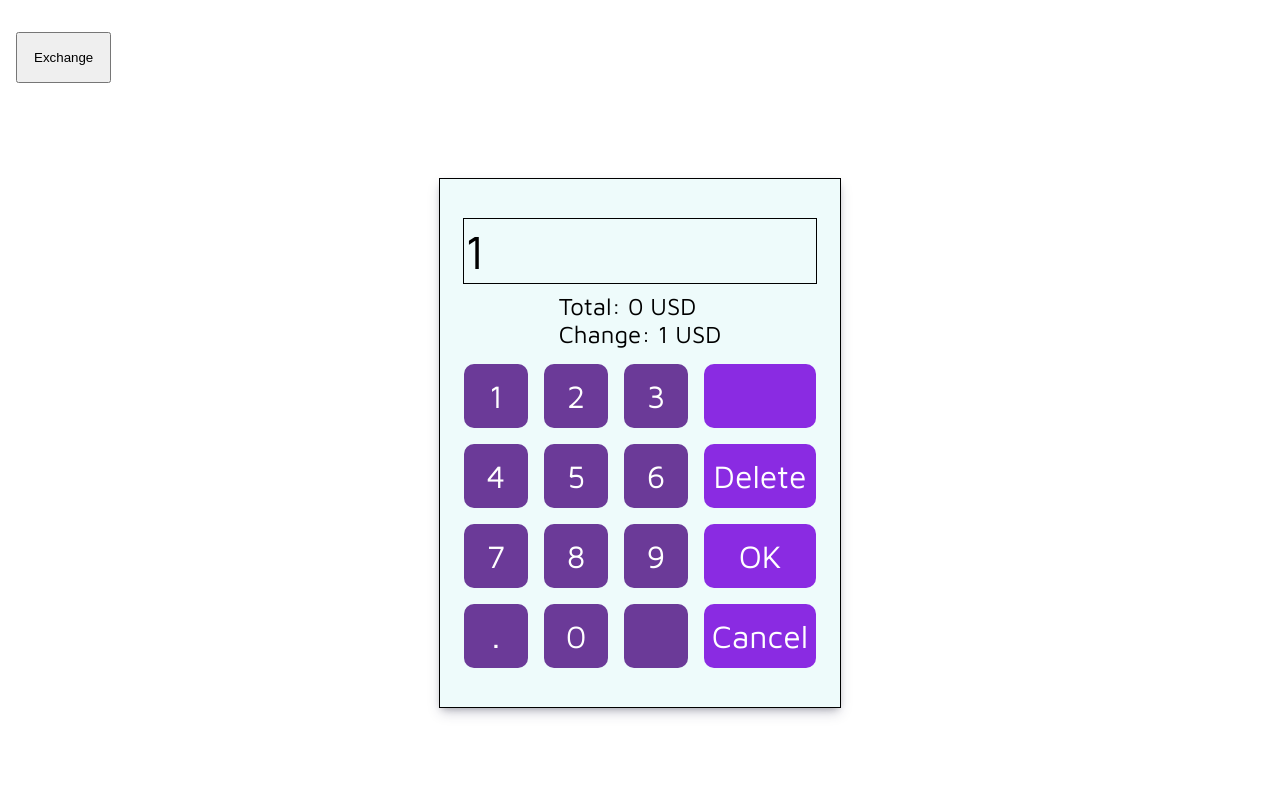
Repository: Dapravith/Midterm-SE-GIC-Cafe-Project-Group16
Page: src/main/resources/templates/changeCalculate.html
These files come from the project's save history. The page is drawn as it stood at one moment and after the next save; the edit follows.
The browser window is 1280 px wide. The pictures show the whole page.
After loading, the first visible `div.box` was clicked once.

Above is the page before, as saved 2023-05-12 16:48:10.

### src/main/resources/templates/changeCalculate.html
<!DOCTYPE html>
<html lang="en">
  <head>
    <meta charset="UTF-8" />
    <meta http-equiv="X-UA-Compatible" content="IE=edge" />
    <meta name="viewport" content="width=device-width, initial-scale=1.0" />
    <title>Document</title>
    <style>
      @import url("https://fonts.googleapis.com/css2?family=Maven+Pro&display=swap");
      * {
        margin: 0;
        padding: 0;
      }
      body {
        font-family: "Maven Pro", sans-serif;
      }
      .popup_button button {
        margin-top: 2rem;
        margin-left: 1rem;
        padding: 1rem;
      }
      .main_wrapper {
        display: flex;
        height: 100vh;
        justify-content: center;
        align-items: center;
      }
      .wrapper_container {
        width: 25rem;
        height: 33rem;
        border: 1px solid black;
        display: flex;
        align-items: center;
        justify-content: center;
        flex-direction: column;
        background-color: #eefbfb;
        box-shadow: rgba(50, 50, 93, 0.25) 0px 6px 12px -2px,
          rgba(0, 0, 0, 0.3) 0px 3px 7px -3px;
      }
      .first_row {
        display: flex;
        gap: 1rem;
      }
      .second_row {
        display: flex;
        gap: 1rem;
        margin-top: 1rem;
      }
      .third_row {
        display: flex;
        gap: 1rem;
        margin-top: 1rem;
      }
      .zero_row {
        display: flex;
        justify-content: center;
        margin-top: 1rem;
        gap: 1rem;
      }
      .box {
        background-color: rgb(107, 58, 152);
        width: 4rem;
        height: 4rem;
        font-size: 2rem;
        display: flex;
        justify-content: center;
        align-items: center;
        border-radius: 10px;
      }
      .box_cancel {
        background-color: blueviolet;
        width: 7rem;
        height: 4rem;
        font-size: 2rem;
        display: flex;
        justify-content: center;
        align-items: center;
        border-radius: 10px;
      }
      .box_cencel:hover {
        background-color: orange;
        color: white;
      }
      .box_ok {
        background-color: blueviolet;
        width: 7rem;
        height: 4rem;
        font-size: 2rem;
        display: flex;
        justify-content: center;
        align-items: center;
        border-radius: 10px;
      }
      .box_ok:hover {
        background-color: orange;
        color: white;
      }
      .box_ {
        background-color: blueviolet;
        width: 7rem;
        height: 4rem;
        font-size: 2rem;
        display: flex;
        justify-content: center;
        align-items: center;
        border-radius: 10px;
      }
      .box_delete {
        background-color: blueviolet;
        width: 7rem;
        height: 4rem;
        font-size: 2rem;
        display: flex;
        justify-content: center;
        align-items: center;
        border-radius: 10px;
      }
      .box_delete:hover {
        background-color: orange;
        color: white;
      }
      .box:hover {
        background-color: orange;
        color: white;
      }
      a {
        text-decoration: none;
        color: white;
      }
      .number_box {
        margin-bottom: 0.5rem;
        width: 22rem;
        height: 4rem;
        border: 1px solid black;
        color: black;
        display: flex;
        align-items: center;
        font-size: 3rem;
      }
      .total_change_row {
        display: flex;
        flex-direction: column;
        justify-content: flex-start;
        margin-bottom: 1rem;
        font-size: 1.5rem;
      }
    </style>
  </head>
  <body>
    <div class="popup_button">
      <button>Exchange</button>
    </div>

    <div class="main_wrapper">
      <div class="wrapper_container">
        <div class="number-box">
          <div class="number_box"></div>
        </div>
        <div class="total_change_row">
          <span>Total: </span>
          <span>Change: </span>
        </div>
        <!-- row 1 -->
        <div class="first_row">
          <div class="box 1"><a href="#">1</a></div>
          <div class="box 2"><a href="#">2</a></div>
          <div class="box 3"><a href="#">3</a></div>
          <div class="box_"></div>
        </div>
        <div class="second_row">
          <div class="box 4"><a href="#">4</a></div>
          <div class="box 5"><a href="#">5</a></div>
          <div class="box 6"><a href="#">6</a></div>
          <div class="box_delete"><a href="#">Delete</a></div>
        </div>
        <div class="third_row">
          <div class="box 7"><a href="#">7</a></div>
          <div class="box 8"><a href="#">8</a></div>
          <div class="box 9"><a href="#">9</a></div>
          <div class="box_ok"><a href="#">OK</a></div>
        </div>
        <div class="zero_row">
          <div class="box ."><a href="#">.</a></div>
          <div class="box 0"><a href="#">0</a></div>
          <div class="box *"><a href=""></a></div>
          <div class="box_cancel"><a href="#">Cancel</a></div>
        </div>
      </div>
    </div>

    <script>
      // Get DOM elements
      const numberBox = document.querySelector(".number_box");
      const totalSpan = document.querySelector(
        ".total_change_row span:first-child"
      );
      const changeSpan = document.querySelector(
        ".total_change_row span:last-child"
      );
      const buttons = document.querySelectorAll(".box");

      // Initialize variables
      let total = 0;
      let change = 0;
      let numberString = "";

      // Add event listeners to number buttons
      buttons.forEach((button) => {
        button.addEventListener("click", () => {
          const number = button.textContent;
          numberString += number;
          numberBox.textContent = numberString;
          calculateTotalChange();
        });
      });

      // Add event listener to delete button
      const deleteButton = document.querySelector(".box_delete");
      deleteButton.addEventListener("click", () => {
        numberString = numberString.slice(0, -1);
        numberBox.textContent = numberString;
        calculateTotalChange();
      });

      // Calculate total and change
      function calculateTotalChange() {
        total = 0; // This is a placeholder value, replace it with your own calculation
        const number = parseFloat(numberString);
        if (!isNaN(number)) {
          change = number - total;
          change = Math.round(change * 100) / 100; // Round to 2 decimal places
        } else {
          change = 0;
        }
        totalSpan.textContent = `Total: ${total} USD`;
        changeSpan.textContent = `Change: ${change} USD`;
      }
    </script>
  </body>
</html>

After the next save:
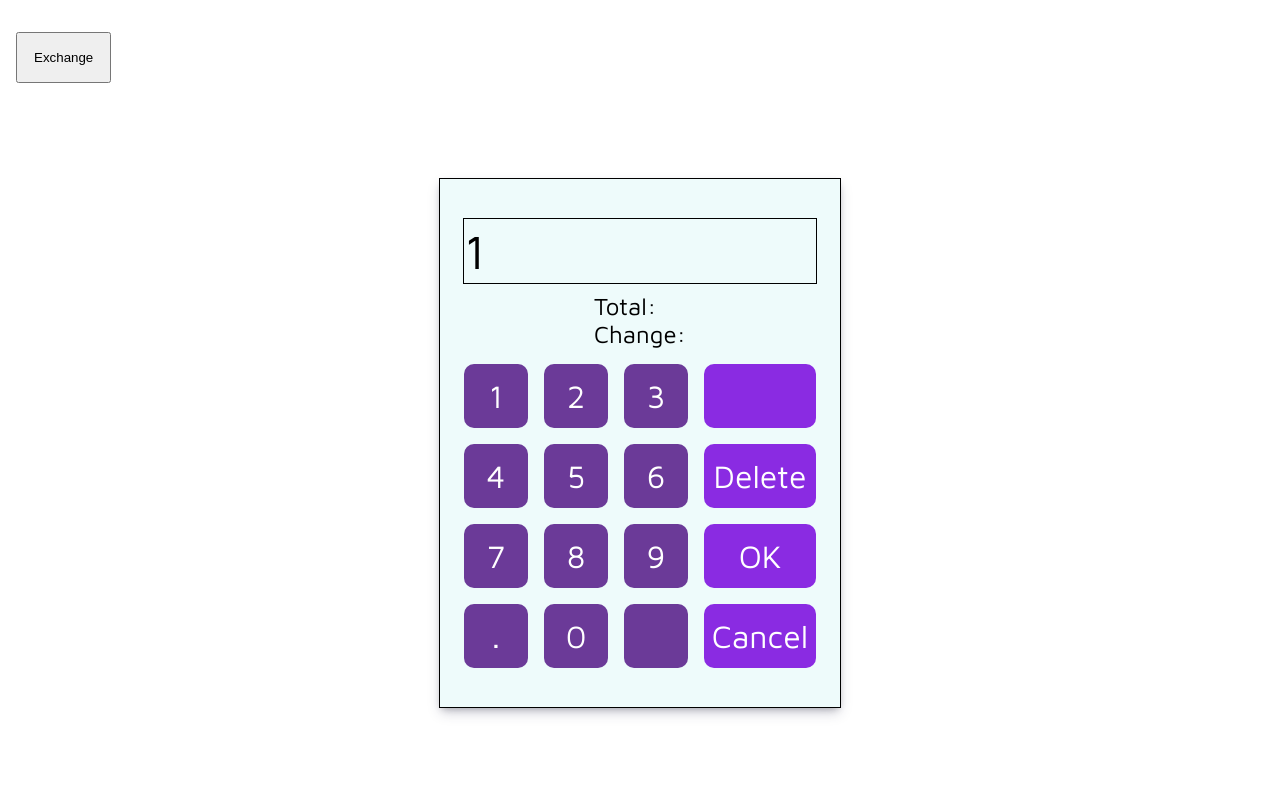
Console error: TypeError: Cannot read properties of null (reading 'addEventListener')
Saved 67 s later.
--- a/src/main/resources/templates/changeCalculate.html
+++ b/src/main/resources/templates/changeCalculate.html
@@ -189,52 +189,68 @@
     </div>
 
     <script>
-      // Get DOM elements
-      const numberBox = document.querySelector(".number_box");
-      const totalSpan = document.querySelector(
+      // Get the DOM elements
+      const totalElement = document.querySelector(
         ".total_change_row span:first-child"
       );
-      const changeSpan = document.querySelector(
+      const changeElement = document.querySelector(
         ".total_change_row span:last-child"
       );
-      const buttons = document.querySelectorAll(".box");
-
-      // Initialize variables
-      let total = 0;
+      const numberBox = document.querySelector(".number_box");
+
+      // Set the initial values
+      let total = 12.8;
       let change = 0;
-      let numberString = "";
-
-      // Add event listeners to number buttons
-      buttons.forEach((button) => {
+      let enteredNumber = "";
+
+      // Helper function to update the displayed total and change
+      function updateTotalAndChange() {
+        totalElement.textContent = `Total: ${total.toFixed(2)} USD`;
+        changeElement.textContent = `Change: ${change.toFixed(2)} USD`;
+      }
+
+      // Event listener for the number buttons
+      document.querySelectorAll(".box").forEach((button) => {
         button.addEventListener("click", () => {
           const number = button.textContent;
-          numberString += number;
-          numberBox.textContent = numberString;
-          calculateTotalChange();
+          enteredNumber += number;
+          numberBox.textContent = enteredNumber;
         });
       });
 
-      // Add event listener to delete button
-      const deleteButton = document.querySelector(".box_delete");
-      deleteButton.addEventListener("click", () => {
-        numberString = numberString.slice(0, -1);
-        numberBox.textContent = numberString;
-        calculateTotalChange();
-      });
-
-      // Calculate total and change
-      function calculateTotalChange() {
-        total = 0; // This is a placeholder value, replace it with your own calculation
-        const number = parseFloat(numberString);
-        if (!isNaN(number)) {
-          change = number - total;
-          change = Math.round(change * 100) / 100; // Round to 2 decimal places
-        } else {
-          change = 0;
+      // Event listener for the delete button
+      document.querySelector(".box_delete").addEventListener("click", () => {
+        enteredNumber = enteredNumber.slice(0, -1);
+        numberBox.textContent = enteredNumber;
+      });
+
+      // Event listener for the OK button
+      document.querySelector(".box_ok").addEventListener("click", () => {
+        const enteredAmount = parseFloat(enteredNumber);
+        if (!isNaN(enteredAmount)) {
+          total += enteredAmount;
+          change = Math.max(change - enteredAmount, 0);
+          enteredNumber = "";
+          updateTotalAndChange();
+          numberBox.textContent = "";
         }
-        totalSpan.textContent = `Total: ${total} USD`;
-        changeSpan.textContent = `Change: ${change} USD`;
-      }
+      });
+
+      // Event listener for the cancel button
+      document.querySelector(".box_cencel").addEventListener("click", () => {
+        enteredNumber = "";
+        numberBox.textContent = "";
+      });
+
+      // Event listener for the popup button
+      document
+        .querySelector(".popup_button button")
+        .addEventListener("click", () => {
+          // Display the popup or do whatever else you need to do here
+        });
+
+      // Update the initial total and change values
+      updateTotalAndChange();
     </script>
   </body>
 </html>
